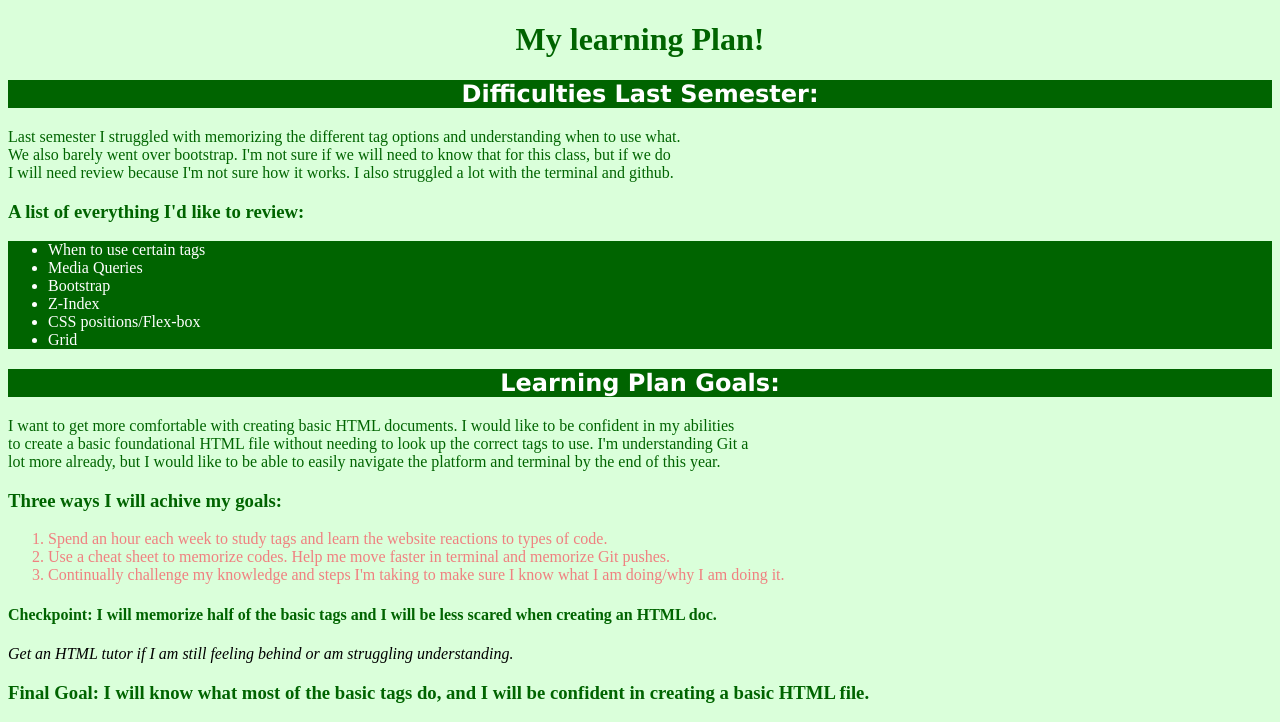
Repository: awollf/mdia-2109
Page: learning-plan.html
The author's editor kept a copy of each file at every save. The page is drawn from the files as they stood at one save, then again after the next save.
The browser window is 1280 px wide. The pictures show the whole page.

Above is the page before, as saved 2026-02-02 11:29:39.

### learning-plan.html
<!DOCTYPE html>
<html lang="en">
<head>
    <meta charset="UTF-8">
    <meta name="viewport" content="width=device-width, initial-scale=1.0">
    <title>Learning Plan</title>
    <link rel="stylesheet" href="style.css">
</head>
<body>
    <h1>My learning Plan!</h1>

    <h2>Difficulties Last Semester:</h2>
    <p>Last semester I struggled with memorizing the different tag options and understanding when to use what.
        <br>We also barely went over bootstrap. I'm not sure if we will need to know that for this class, but if we do
        <br>I will need review because I'm not sure how it works. I also struggled a lot with the terminal and github.
    </p>

    <h3>A list of everything I'd like to review:</h3>
    <ul>
        <li>When to use certain tags</li>
        <li>Media Queries</li>
        <li>Bootstrap</li>
        <li>Z-Index</li>
        <li>CSS positions/Flex-box</li>
        <li>Grid</li>
    </ul>

    <h2>Learning Plan Goals:</h2>
    <p>I want to get more comfortable with creating basic HTML documents. I would like to be confident in my abilities
    <br>to create a basic foundational HTML file without needing to look up the correct tags to use. I'm understanding Git a
    <br>lot more already, but I would like to be able to easily navigate the platform and terminal by the end of this year. </p>

        <h3>Three ways I will achive my goals:</h3>

    <ol>
        <li>Spend an hour each week to study tags and learn the website reactions to types of code.</li>
        <li>Use a cheat sheet to memorize codes. Help me move faster in terminal and memorize Git pushes.</li>
        <li>Continually challenge my knowledge and steps I'm taking to make sure I know what I am doing/why I am doing it.</li>
    </ol>

    <h4>Checkpoint: I will memorize half of the basic tags and I will be less scared when creating an HTML doc.</h4>
    <em>Get an HTML tutor if I am still feeling behind or am struggling understanding.</em>

    <h3>Final Goal: I will know what most of the basic tags do, and I will be confident in creating a basic HTML file.</h3>

</body>
</html>

### style.css
body {
    background-color: rgb(218, 255, 218);
}

h1 {
    text-align: center;
    color: darkgreen;
    font-family:'Lucida Grande',
    font-weight: bold;
}

h2 {
text-align: center;
color: white;
font-family: 'Lucida Grande';
font-weight: bold;
background-color: darkgreen;
}

p {
    text-align: left;
    color: darkgreen;
    font-family: Lucinda Sans Regular;
}

h3 {
    text-align: left;
    color: darkgreen;
    font-family: 'Lucinda Grande';
}

ul {
    text-align: left;
    color: white;
    background-color: darkgreen;
    font-family: Lucinda Sans Regular;
}

ol {
    text-align: left;
    color: lightcoral;
    font-family: Lucinda Sans Regular;
}

h4 {
    text-align: canter;
    color: darkgreen;
    font-family: 'Lucinda Grande';
    font-decoration: italic;
}

After the next save:
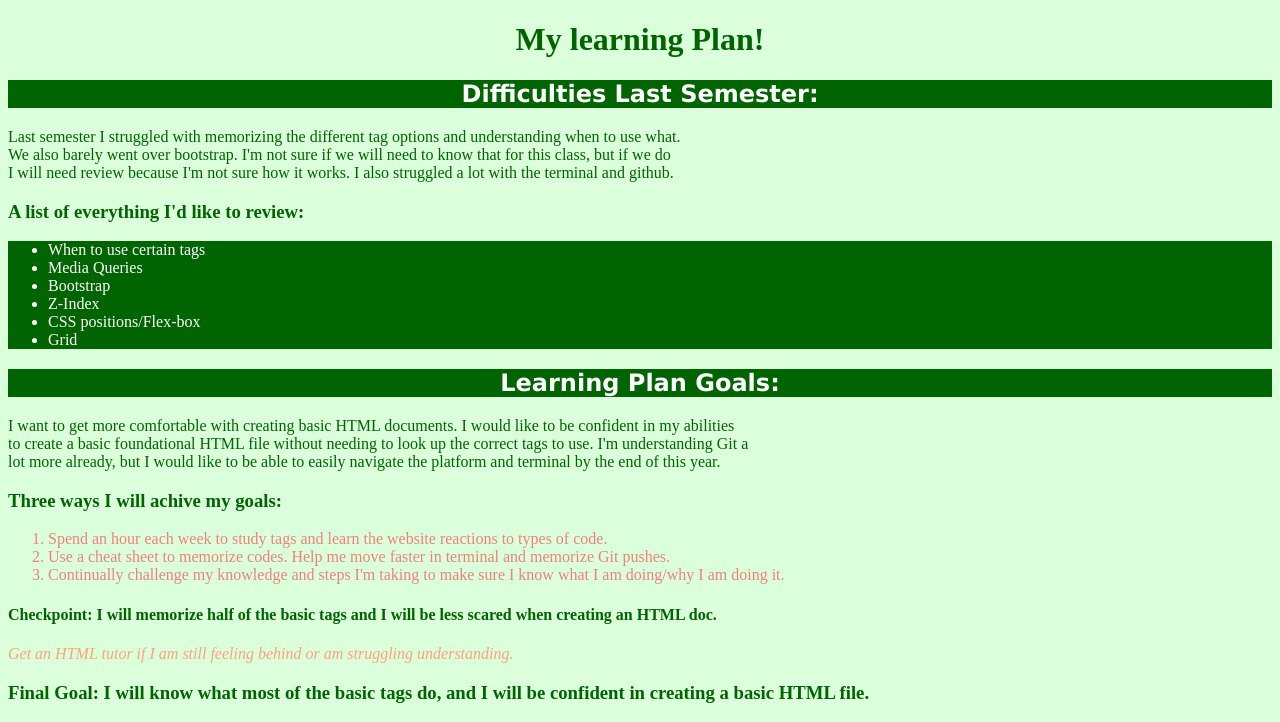
Saved 2 min 15 s later.
--- a/style.css
+++ b/style.css
@@ -46,5 +46,12 @@ h4 {
     text-align: canter;
     color: darkgreen;
     font-family: 'Lucinda Grande';
-    font-decoration: italic;
+    font-weight: bold;
 }
+
+em {
+    text-align: center;
+    color: lightsalmon;
+    font-family: 'Lucinda Grande';
+
+}
